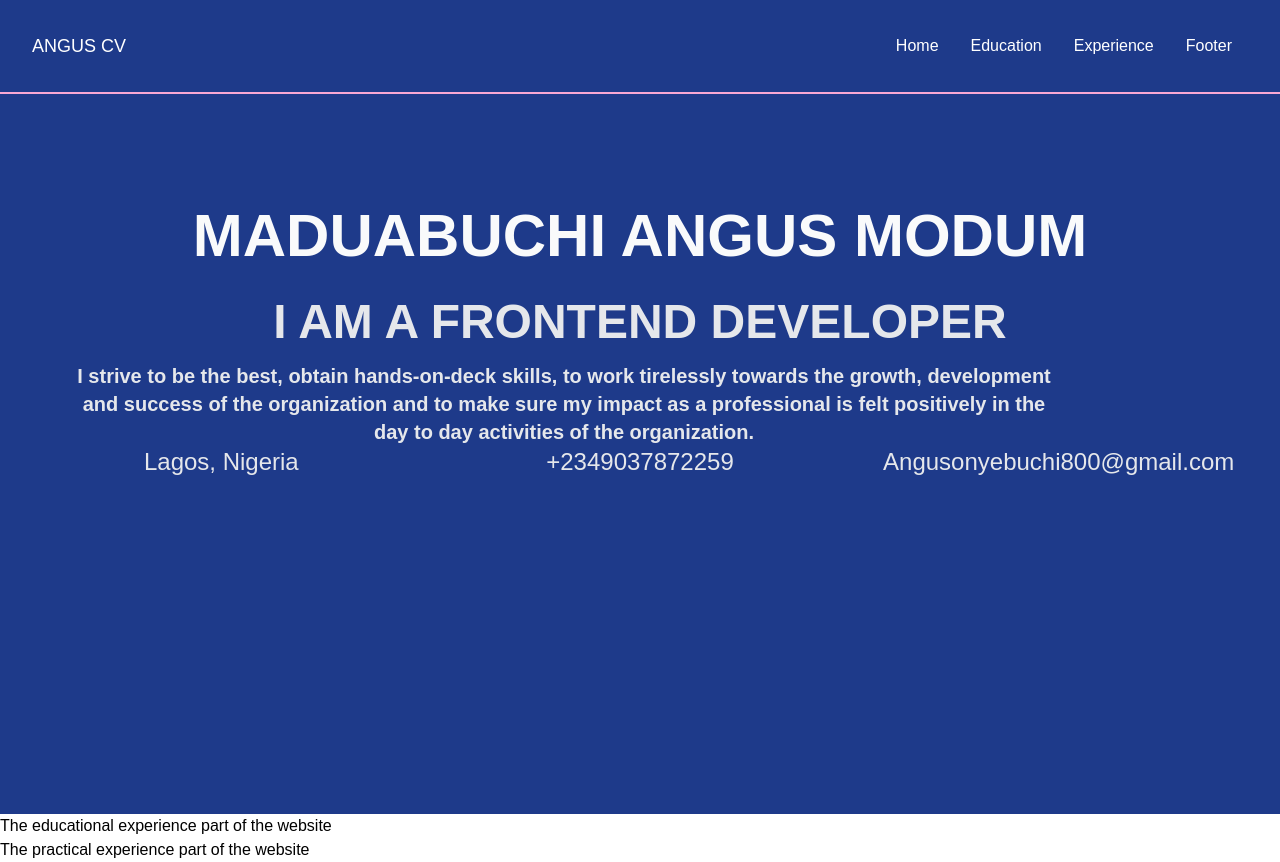
Repository: AngusOnyebuchi/AngusOnyebuchi.github.io
Page: /
The author's editor kept a copy of each file at every save. The page is drawn from the files as they stood at one save, then again after the next save.
The browser window is 1280 px wide. The pictures show the whole page.
The project was rebuilt for these pictures with package versions that can differ from the ones it lists, and the page was loaded fresh each time.

Above is the page before, as saved 2022-04-17 15:51:14.

After the next save:
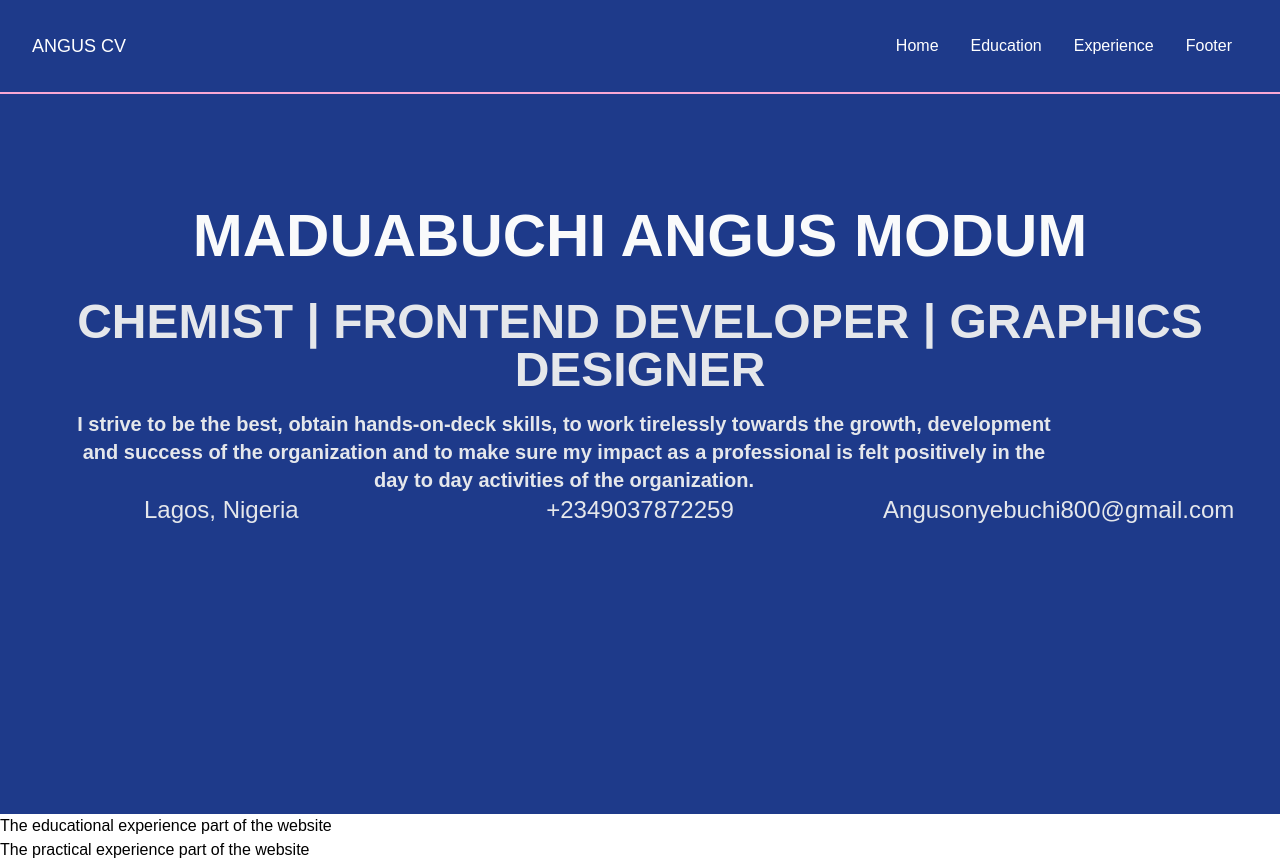
Saved 2 min 54 s later.
--- a/src/components/Home.js
+++ b/src/components/Home.js
@@ -4,7 +4,7 @@ export default function Home() {
     return (
         <div className="w-full h-screen p-4 bg-blue-900 text-gray-200">
             <h1 className="text-4xl md:text-6xl font-bold uppercase pt-24 text-center text-gray-50">Maduabuchi Angus Modum</h1>
-            <h3 className="text-3xl md:text-5xl font-bold uppercase pt-8 text-center">I am a Frontend Developer</h3>
+            <h3 className="text-3xl md:text-5xl font-bold uppercase pt-8 text-center">Chemist | Frontend Developer | Graphics Designer</h3>
             <p className="font-bold text-center justify-center text-lg md:text-xl max-w-[1000px] mx-12 mt-4">I strive to be the best, obtain hands-on-deck skills,
                 to work tirelessly towards the growth, development and success of the organization and to make sure my impact
                 as a professional is felt positively in the day to day activities of the organization.</p>
